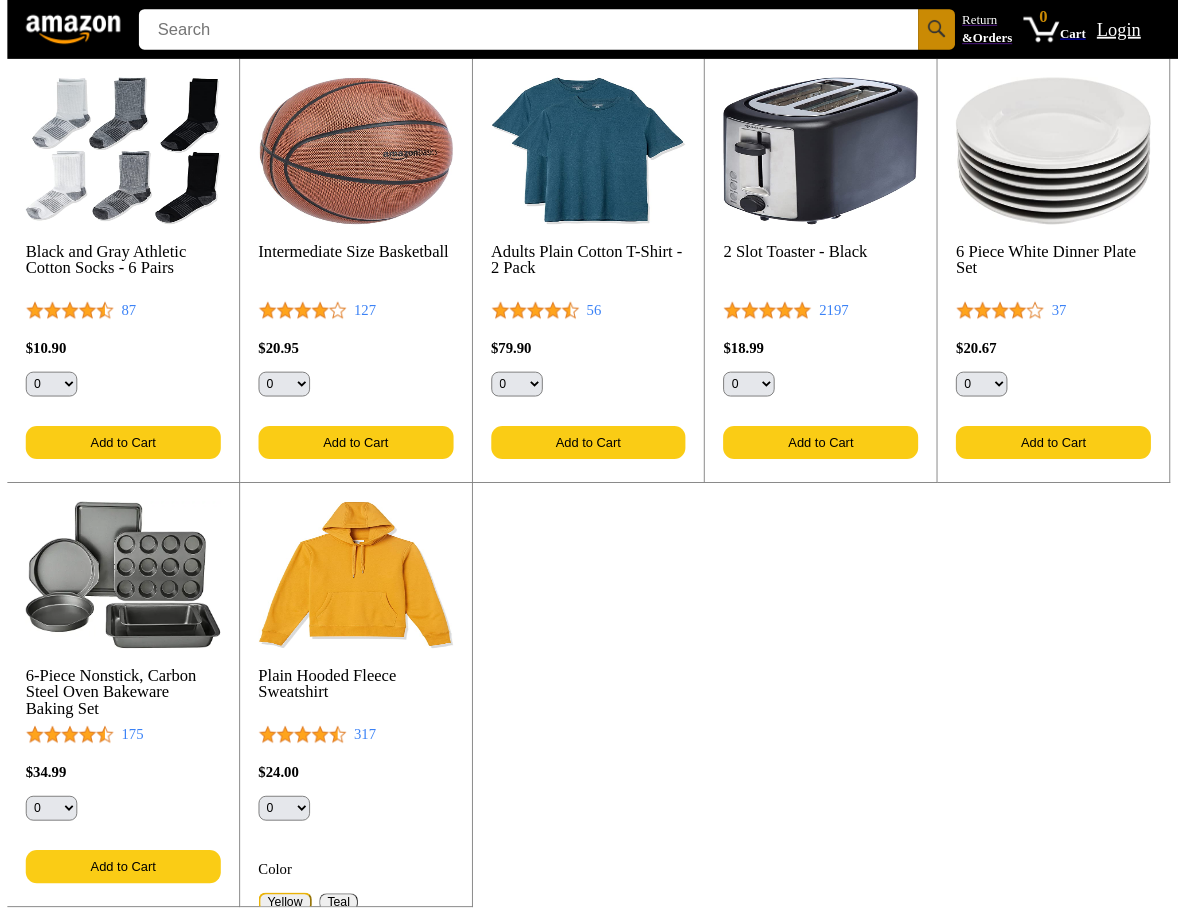
Repository: IssaMuiz/AmazonClone
Page: /
These files come from the project's save history. The page is drawn as it stood at one moment and after the next save; the edit follows.
The browser window is 1280 px wide. The pictures show the whole page, at 92% of full size.
The project was rebuilt for these pictures with package versions that can differ from the ones it lists, and the page was loaded fresh each time. Also part of the build but not shown: vite.config.js, src/pages/Cart.jsx, src/pages/Checkout.jsx, src/pages/Login.jsx.

Above is the page before, as saved 2024-08-08 04:02:24.

### index.html
<!doctype html>
<html lang="en">
  <head>
    <meta charset="UTF-8" />
    <link rel="icon" type="image/svg+xml" href="/vite.svg" />
    <meta name="viewport" content="width=device-width, initial-scale=1.0" />
    <title>Amazon Clone</title>
  </head>
  <body>
    <div id="root"></div>
    <script type="module" src="/src/main.jsx"></script>
  </body>
</html>

### src/main.jsx
import ReactDOM from "react-dom/client";
import App from "./App.jsx";
import "./index.css";
import { Provider } from "react-redux";
import { store } from "./Components/state/store.js";
import { getTotal } from "./Components/state/cartSlice.js";

store.dispatch(getTotal());
ReactDOM.createRoot(document.getElementById("root")).render(
  <Provider store={store}>
    <App />
  </Provider>
);

### src/App.jsx
import ProductComponent from "./Components/ProductComponent";
import Checkout from "./pages/Checkout";
import { BrowserRouter as Router, Routes, Route } from "react-router-dom";
import Login from "./pages/Login";

function App() {
  return (
    <Router>
      <Routes>
        <Route path="/" element={<ProductComponent />} />
        <Route path="/Checkout" element={<Checkout />} />
        <Route path="/Login" element={<Login />} />
        <Route
          path="*"
          element={<h1 className="text-center mt-20">PAGE NOT FOUND!</h1>}
        />
      </Routes>
    </Router>
  );
}

export default App;

### src/Components/state/store.js
import { configureStore } from "@reduxjs/toolkit";
import userReducer from "./cartSlice";

export const store = configureStore({
  reducer: {
    user: userReducer,
  },
});

### src/Components/state/cartSlice.js
import { createSlice } from "@reduxjs/toolkit";

const initialState = {
  cartItems: [],
  cartQuantity: 0,
  cartTotalAmount: 0,
};

const userSlice = createSlice({
  name: "cart",
  initialState,
  reducers: {
    addToCart(state, action) {
      state.cartQuantity++;
      state.cartTotalAmount += action.payload.price;
      const itemsIndex = state.cartItems.findIndex(
        (item) => item.id === action.payload.id
      );
      if (itemsIndex >= 0) {
        state.cartItems[itemsIndex].itemQuantity += 1;
      } else {
        const cartProd = { ...action.payload, itemQuantity: 1 };
        state.cartItems.push(cartProd);
      }

      localStorage.setItem("cartItems", JSON.stringify(state.cartItems));
    },
    calculateTotalPrice(state) {
      state.cartTotalAmount = state.cartItems.reduce(
        (total, items) => total + items.price * items.itemQuantity,
        0
      );
    },
    deleteCart(state, action) {
      const itemsIndex = state.cartItems.findIndex(
        (item) => item.id === action.payload
      );
      if (itemsIndex >= 0) {
        state.cartTotalAmount -=
          state.cartItems[itemsIndex].price *
          state.cartItems[itemsIndex].itemQuantity;

        state.cartItems = state.cartItems.filter(
          (item) => item.id !== action.payload
        );
      }
      state.cartQuantity = state.cartItems.length;
    },

    getTotal(state) {
      let { total, quantity } = state.cartItems.reduce(
        (cartTotal, cartItem) => {
          const { price, itemQuantity } = cartItem;
          const itemTotal = price * itemQuantity;

          cartTotal.total += itemTotal;
          cartTotal.quantity += itemQuantity;

          return cartTotal;
        },
        {
          total: 0,
          quantity: 0,
        }
      );

      state.cartTotalAmount = total;
      state.itemQuantity = quantity;
    },
  },
});

export const {
  addToCart,
  increaseCart,
  calculateTotalPrice,
  deleteCart,
  getTotal,
} = userSlice.actions;

export default userSlice.reducer;

### src/Components/ProductComponent.jsx
import products from "../products.json";
import ProductContainer from "./ProductContainer";
import Navbar from "./Navbar";

const ProductComponent = () => {
  return (
    <div>
      <Navbar />
      <div className="grid mobile:grid-cols-2   tablet:grid-cols-3 mobile:w-full desktop:grid-cols-5 mt-16">
        {products.map((product) => (
          <ProductContainer
            key={product.id}
            product={product}
            images={product.images}
            price={product.price}
            id={product.id}
            name={product.name}
          />
        ))}
      </div>
    </div>
  );
};

export default ProductComponent;

### src/products.json
[
  {
    "id": 1,
    "images": "src/assets/images/athletic-cotton-socks-6-pairs.jpg",
    "name": "Black and Gray Athletic Cotton Socks - 6 Pairs",
    "rating": {
      "star": "src/assets/images/rating-45.png",
      "count": 87
    },
    "price": 1090
  },
  {
    "id": 2,
    "images": "src/assets/images/intermediate-composite-basketball.jpg",
    "name": "Intermediate Size Basketball",
    "rating": {
      "star": "src/assets/images/rating-40.png",
      "count": 127
    },
    "price": 2095
  },
  {
    "id": 3,
    "images": "src/assets/images/adults-plain-cotton-tshirt-2-pack-teal.jpg",
    "name": "Adults Plain Cotton T-Shirt - 2 Pack",
    "rating": {
      "star": "src/assets/images/rating-45.png",
      "count": 56
    },
    "price": 7990
  },
  {
    "id": 4,
    "images": "src/assets/images/black-2-slot-toaster (1).jpg",
    "name": "2 Slot Toaster - Black",
    "rating": {
      "star": "src/assets/images/rating-5.png",
      "count": 2197
    },
    "price": 1899
  },
  {
    "id": 5,
    "images": "src/assets/images/6-piece-white-dinner-plate-set.jpg",
    "name": "6 Piece White Dinner Plate Set",
    "rating": {
      "star": "src/assets/images/rating-40.png",
      "count": 37
    },
    "price": 2067
  },
  {
    "id": 6,
    "images": "src/assets/images/6-piece-non-stick-baking-set (1).webp",
    "name": "6-Piece Nonstick, Carbon Steel Oven Bakeware Baking Set",
    "rating": {
      "star": "src/assets/images/rating-45.png",
      "count": 175
    },
    "price": 3499
  },
  {
    "id": 7,
    "images": "src/assets/images/plain-hooded-fleece-sweatshirt-yellow.jpg",
    "name": "Plain Hooded Fleece Sweatshirt",
    "rating": {
      "star": "src/assets/images/rating-45.png",
      "count": 317
    },
    "price": 2400,
    "form": "wears"
  }
]

### src/Components/ProductContainer.jsx
/* eslint-disable react/prop-types */
import { useDispatch } from "react-redux";
import { addToCart } from "./state/cartSlice";

const ProductContainer = ({ product, images, id, name, price }) => {
  const dispatch = useDispatch();

  return (
    <div>
      <div>
        <div
          style={{
            borderRight: "1px solid gray",
            borderBottom: "1px solid gray",
          }}
          className="flex flex-col h-[420px] overflow-hidden p-5 items-start"
        >
          <img className="h-40 w-full mr-4" src={product.images} alt="" />
          <p className="leading-none h-7 mt-5 mb-5 text-lg">{product.name}</p>
          <div className="flex items-center">
            <img className="h-5 w-24" src={product.rating.star} alt="" />
            <p className="ml-2 text-blue-500 justify-start">
              {product.rating.count}
            </p>
          </div>
          <p className="mt-2 font-bold">${(product.price / 100).toFixed(2)}</p>
          <select
            className=" bg-gray-200 p-1 w-14 rounded-lg mb-7"
            name=""
            id=""
          >
            <option value="">0</option>
            <option value="1">1</option>
            <option value="2">2</option>
            <option value="3">3</option>
            <option value="4">4</option>
            <option value="5">5</option>
            <option value="6">6</option>
            <option value="7">7</option>
            <option value="8">8</option>
            <option value="9">9</option>
            <option value="10">10</option>
          </select>
          <div className={product.form ? "block" : "hidden"}>
            <p>Color</p>
            <div>
              <button className="px-2 border-2 rounded-lg border-yellow-500">
                Yellow
              </button>
              <button className="px-2 ml-2 border rounded-lg border-grey-500">
                Teal
              </button>
            </div>
            <p className="mt-4">Size</p>
            <div>
              <button className="px-2 border-2 rounded-lg border-yellow-500">
                S
              </button>
              <button className="px-2 ml-2 border rounded-lg border-grey-500">
                M
              </button>
              <button className="px-2 ml-2 border rounded-lg border-grey-500">
                L
              </button>
            </div>
          </div>

          <button
            onClick={() => dispatch(addToCart({ images, id, price, name }))}
            className="bg-yellow-400 border-none w-full rounded-xl p-2 text-sm mt-1 cursor-pointer hover:bg-yellow-500"
          >
            Add to Cart
          </button>
        </div>
      </div>
    </div>
  );
};

export default ProductContainer;

### src/Components/Navbar.jsx
import LeftNav from "./LeftNav";
import MiddleNav from "./MiddleNav";
import RightNav from "./RightNav";

const Navbar = () => {
  return (
    <div>
      <div className="fixed top-0 flex  bg-black w-full h-16 text-white items-center whitespace-nowrap">
        <LeftNav />
        <MiddleNav />
        <RightNav />
      </div>
    </div>
  );
};

export default Navbar;

### src/config/firebase.js
// Import the functions you need from the SDKs you need
import { initializeApp } from "firebase/app";
import { getAuth, GoogleAuthProvider } from "firebase/auth";
// TODO: Add SDKs for Firebase products that you want to use
// https://firebase.google.com/docs/web/setup#available-libraries

// Your web app's Firebase configuration
const firebaseConfig = {
  apiKey: "AIzaSyDn8g0iOfpcR7ad0ZYiyC27ykjBEUySZVs",
  authDomain: "clone-e2e03.firebaseapp.com",
  projectId: "clone-e2e03",
  storageBucket: "clone-e2e03.appspot.com",
  messagingSenderId: "598280271072",
  appId: "1:598280271072:web:1506fc410052808405cc85",
};

// Initialize Firebase
const app = initializeApp(firebaseConfig);

export const auth = getAuth(app);
export const provider = new GoogleAuthProvider();

### src/Components/LeftNav.jsx
const leftNav = () => {
  return (
    <div>
      <img
        className="h-8 ml-5 mobile:hidden tablet:block"
        src="src/assets/images/amazon-logo-white.png"
        alt=""
      />
      <img
        className="h-9 tablet:hidden mobile:block mobile:ml-7 "
        src="src/assets/images/amazon-mobile-logo-white.png"
        alt=""
      />
    </div>
  );
};

export default leftNav;

### src/Components/MiddleNav.jsx
import { useState } from "react";

const MiddleNav = () => {
  const [value, setValue] = useState("");
  return (
    <div className="flex grow ml-5">
      <input
        className=" grow h-1 text-black rounded-md mobile:w-40 tablet:w-40 rounded-br-none rounded-tr-none p-5 border-none text-lg"
        type="text"
        placeholder="Search"
        value={value}
        onChange={(e) => setValue(e.target.value)}
        name=""
        id=""
      />
      <button className="ml-0 left-full bg-yellow-600 rounded-md rounded-bl-none rounded-tl-none p-2.5 border-none">
        <img className="w-5" src="src/assets/images/search-icon.png" alt="" />
      </button>
    </div>
  );
};

export default MiddleNav;

### src/Components/RightNav.jsx
import { auth } from "../config/firebase";
import { Link } from "react-router-dom";
import { useAuthState } from "react-firebase-hooks/auth";
import { signOut } from "firebase/auth";
import { useSelector } from "react-redux";

const RightNav = () => {
  const cartIncrement = useSelector((state) => state.user.cartQuantity);
  const [user] = useAuthState(auth);

  const signUserOut = async () => {
    await signOut(auth);
  };
  return (
    <div>
      <div className="flex tablet:flex ml-2 justify-end text-sm tablet:w-54 tablet:mr-2 mobile:hidden">
        <a className="text-sm" href="">
          <p className=" text-white whitespace-nowrap ">
            Return <br /> <strong className="">&Orders</strong>
          </p>
        </a>
        <Link
          to="/Checkout"
          className="relative flex items-center hover:border"
          href="/src/Components/Checkout.jsx"
        >
          <img
            className="w-10 h-7 ml-3"
            src="src/assets/images/cart-icon.png"
            alt=""
          />
          <p className="absolute text-lg text-center right-9 bottom-4 w-5  text-yellow-600 font-bold">
            {cartIncrement}
          </p>
          <p className="mt-6  font-bold text-white">Cart</p>
        </Link>
        <div className="flex items-center ml-3">
          {user ? (
            <div className="flex items-center gap-3">
              <p>{user.displayName}</p>
              <img
                className="h-10 w-10 rounded-3xl"
                src={user.photoURL}
                alt=""
              />
              <button onClick={signUserOut}>Log Out</button>
            </div>
          ) : (
            <Link to="/Login" className="mr-10 text-white text-xl">
              Login
            </Link>
          )}
        </div>
      </div>
      <img
        className="h-4 tablet:hidden mobile:block ml-5 mr-6"
        src="src/assets/images/hamburger-menu (1).png"
        alt=""
      />
    </div>
  );
};

export default RightNav;

### tailwind.config.js
/** @type {import('tailwindcss').Config}  */

export default {
  content: ["./index.html", "./src/**/*.{js,ts,jsx,tsx}"],
  theme: {
    screens: {
      mobile: "370px",
      tablet: "580px",
      desktop: "750px",
    },

    extend: {
      fontFamily: {
        sans: ["Roboto", "sans-serif"],
      },
    },
  },
  plugins: [],
  corePlugins: {
    preflight: false,
  },
};

Loaded but not shown: src/index.css (common file)

After the next save:
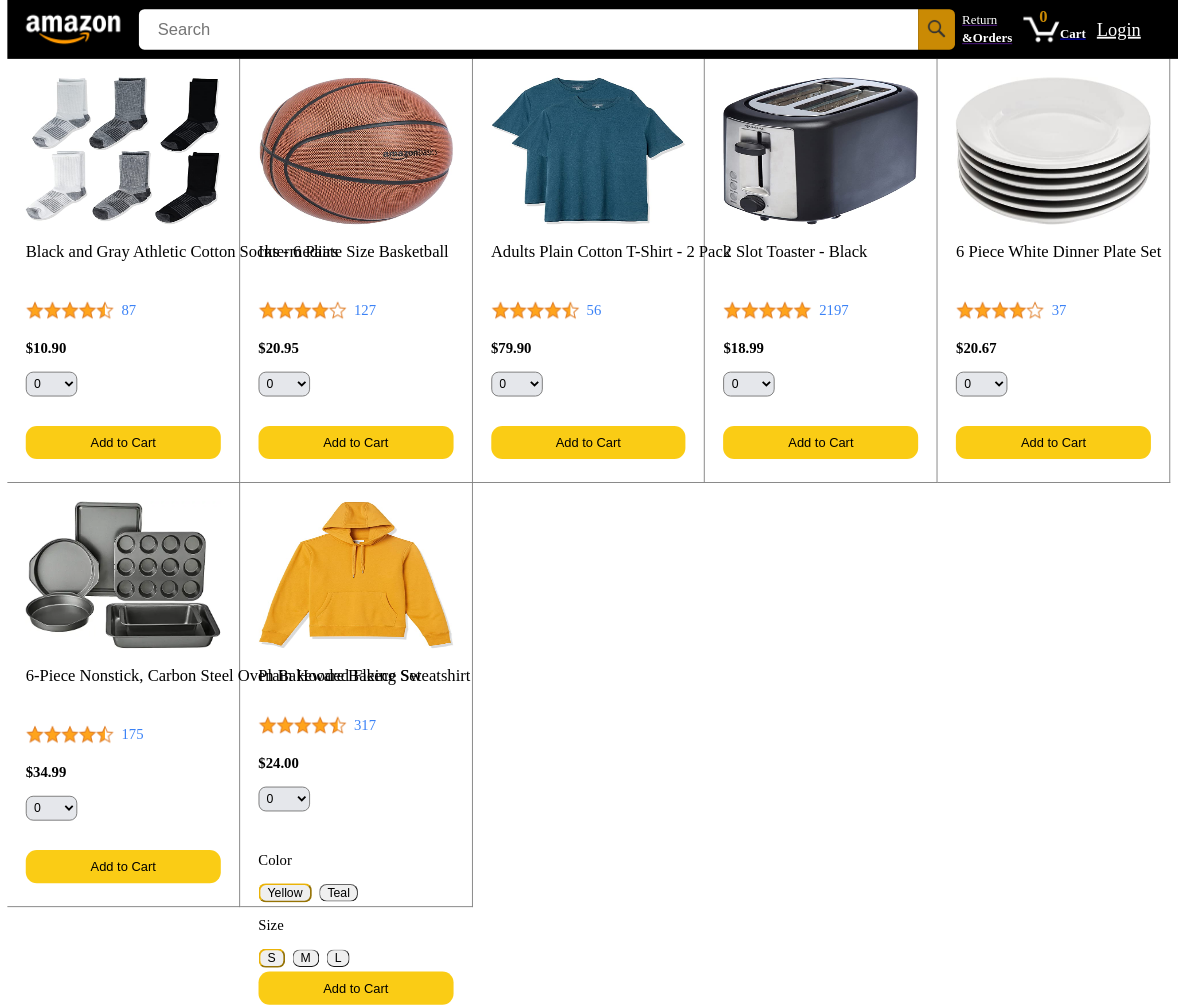
Saved 39 s later.
--- a/src/Components/ProductContainer.jsx
+++ b/src/Components/ProductContainer.jsx
@@ -13,7 +13,7 @@
             borderRight: "1px solid gray",
             borderBottom: "1px solid gray",
           }}
-          className="flex flex-col h-[420px] overflow-hidden p-5 items-start"
+          className="flex flex-col h-[420px] whitespace-nowrap p-5 items-start"
         >
           <img className="h-40 w-full mr-4" src={product.images} alt="" />
           <p className="leading-none h-7 mt-5 mb-5 text-lg">{product.name}</p>
